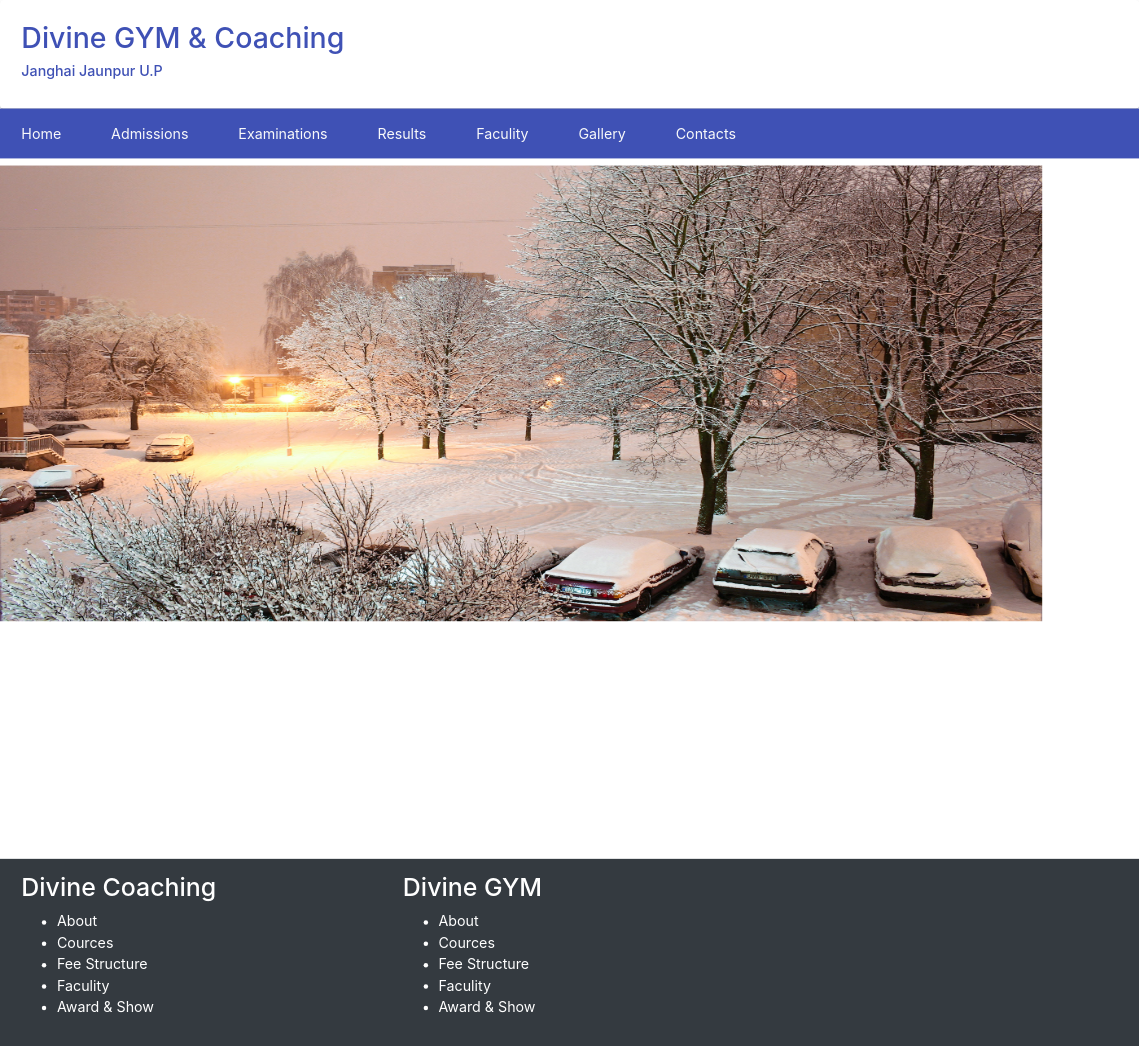
Repository: lalji-yadav/vikash-Coaching-frontend
Page: /gallery
The author's editor kept a copy of each file at every save. The page is drawn from the files as they stood at one save, then again after the next save.
The browser window is 1280 px wide. The pictures show the whole page, at 89% of full size.
The project was rebuilt for these pictures with package versions that can differ from the ones it lists, and the page was loaded fresh each time. Also part of the build but not shown: src/index.css, src/home/home.js, src/component/admission/admission.js, src/component/examination/examination.js, src/component/results/result.js, src/component/faculity/faculity.js.

Above is the page before, as saved 2021-04-11 12:48:41.

### public/index.html
<!DOCTYPE html>
<html lang="en">
  <head>
    <meta charset="utf-8" />
    <link rel="icon" href="%PUBLIC_URL%/favicon.ico" />
    <meta name="viewport" content="width=device-width, initial-scale=1" />
    <meta name="theme-color" content="#000000" />
    <meta
      name="description"
      content="Web site created using create-react-app"
    />


    <link rel="preconnect" href="https://fonts.gstatic.com">
    <link href="https://fonts.googleapis.com/css2?family=Open+Sans:wght@400;700&display=swap" rel="stylesheet">

    <link rel="apple-touch-icon" href="%PUBLIC_URL%/logo192.png" />
    <!--
      manifest.json provides metadata used when your web app is installed on a
      user's mobile device or desktop. See https://developers.google.com/web/fundamentals/web-app-manifest/
    -->
    <link rel="manifest" href="%PUBLIC_URL%/manifest.json" />


    <link rel="preconnect" href="https://fonts.gstatic.com">
<link href="https://fonts.googleapis.com/css2?family=Open+Sans&display=swap" rel="stylesheet">
    <!--
      Notice the use of %PUBLIC_URL% in the tags above.
      It will be replaced with the URL of the `public` folder during the build.
      Only files inside the `public` folder can be referenced from the HTML.

      Unlike "/favicon.ico" or "favicon.ico", "%PUBLIC_URL%/favicon.ico" will
      work correctly both with client-side routing and a non-root public URL.
      Learn how to configure a non-root public URL by running `npm run build`.
    -->
    <title>React App</title>
  </head>
  <body>
    <noscript>You need to enable JavaScript to run this app.</noscript>
    <div id="root"></div>
    <!--
      This HTML file is a template.
      If you open it directly in the browser, you will see an empty page.

      You can add webfonts, meta tags, or analytics to this file.
      The build step will place the bundled scripts into the <body> tag.

      To begin the development, run `npm start` or `yarn start`.
      To create a production bundle, use `npm run build` or `yarn build`.
    -->
  </body>
</html>

### src/App.js
import React from 'react';
import Header from "../src/header/header"
import { BrowserRouter } from 'react-router-dom';
import Footer from '../src/footer/footer'


function App() {
  return (
    <div style={{overflowX:"hidden"}}>

      <BrowserRouter>
          <Header />
      </BrowserRouter>


      {/* <Routers /> */}


      <Footer />

    </div>
  );
}

export default App;

### src/header/header.js
import React, { Component } from 'react';
import   "./headers.css"
import {Navbar, Nav } from 'react-bootstrap';
import { Card } from '@material-ui/core';
import { Link } from "react-router-dom";
import Routers from "../router/router"

class header extends Component {
    render() {
        return (
            <div>
                <Card className="py-4 pl-4">
                    <h2 style={{color:"#3f51b5"}}>Divine GYM & Coaching </h2>
                    <h6 style={{color:"#3f51b5"}}>Janghai Jaunpur U.P</h6>
                </Card>

                <Navbar style={{backgroundColor:"#3f51b5"}} variant="light" expand="lg">
                    <Navbar.Toggle aria-controls="basic-navbar-nav" />
                    <Navbar.Collapse id="basic-navbar-nav">
                    <Nav className="text-light">
                        <Nav.Link className="text-light pr-5" as={Link} to="/home">Home</Nav.Link>
                        <Nav.Link className="text-light pr-5" as={Link} to="/admission">Admissions</Nav.Link>
                        <Nav.Link className="text-light pr-5" as={Link} to="/examination">Examinations</Nav.Link>
                        <Nav.Link className="text-light pr-5" as={Link} to="/results">Results</Nav.Link>
                        <Nav.Link className="text-light pr-5" as={Link} to="/faculity">Faculity</Nav.Link>
                        <Nav.Link className="text-light pr-5" as={Link} to="/gallery">Gallery</Nav.Link>
                        <Nav.Link className="text-light pr-5" as={Link} to="/service">Contacts</Nav.Link>

                    </Nav>
                    </Navbar.Collapse>
                </Navbar>

                <Routers> </Routers>

            </div>
        );
    }
}

export default header;

### src/footer/footer.js
import React, { Component } from 'react';
// import { Card } from 'react-bootstrap';

class footer extends Component {
    render() {
        return (
              <div className="row bg-dark text-white mt-5 py-3 pl-4">

                  <div className="col-sm-4">
                  <h3> Divine Coaching </h3>
                  <ul>
                         <li> About </li>
                         <li> Cources </li>
                         <li> Fee Structure </li>
                         <li> Faculity </li>
                         <li> Award & Show </li>
                     </ul>
                  </div>

                  <div className="col-sm-4">
                  <h3> Divine GYM </h3>
                  <ul>
                         <li> About </li>
                         <li> Cources </li>
                         <li> Fee Structure </li>
                         <li> Faculity </li>
                         <li> Award & Show </li>
                     </ul>
                  </div>
              </div>
        );
    }
}

export default footer;

### src/header/headers.css
.header {
    color: black;
    font-size: 2vw;
    padding: 25px 10px 25px 10px;
    background-color: rgb(150, 153, 150);
}
.nav.navbar-nav.navbar-right li a {
    color: blue;
}
.nav-link {
    color: white;
  }
#nav-link {
   color: white;
}
a:hover {
    color: wheat;
}
@media (min-width: 992px) {
.navbar-expand-lg .navbar-nav .nav-link {
    padding-right: 5.5rem;
    padding-left: 5.5rem;
}
}

### src/router/router.js
import React, { Component } from 'react';
import {
    Switch,
    Route
  } from "react-router-dom";
  import Home from '../home/home'
  import Admission from "../component/admission/admission"
  import Examination from "../component/examination/examination"
  import Result from "../component/results/result"
  import Faculity from "../component/faculity/faculity"
import Gallery from '../component/gallery/gallery';

class router extends Component {
    render() {
        return (
            <div>
                   <Switch>
                    <Route exact path="/" component={Home} />
                    <Route exact path="/home" component={Home} />
                    <Route exact path="/admission" component={Admission} />
                    <Route exact path="/examination" component={Examination} />
                    <Route exact path="/results" component={Result} />
                    <Route exact path="/faculity" component={Faculity} />
                    <Route exact path="/gallery" component={Gallery} />
                    </Switch>

            </div>
        );
    }
}

export default router;

### src/component/gallery/gallery.js
// import { Height } from '@material-ui/icons';
import React, { Component } from 'react';

class gallery extends Component {
    render() {
        return (
            <div>
                <div className="row">
                    <div className="col-sm-11 mt-2">
                        <img style={{width:"100%", height:"70%"}}
                         src={process.env.PUBLIC_URL + '/image/gallery/Admin/0 (22) - Copy.jpg'} alt="" />
                    </div>
                    <div className="col-md-5">

                    </div>

                </div>
            </div>
        );
    }
}

export default gallery;

Loaded but not shown: src/index.js (common file); src/serviceWorker.js (common file)

After the next save:
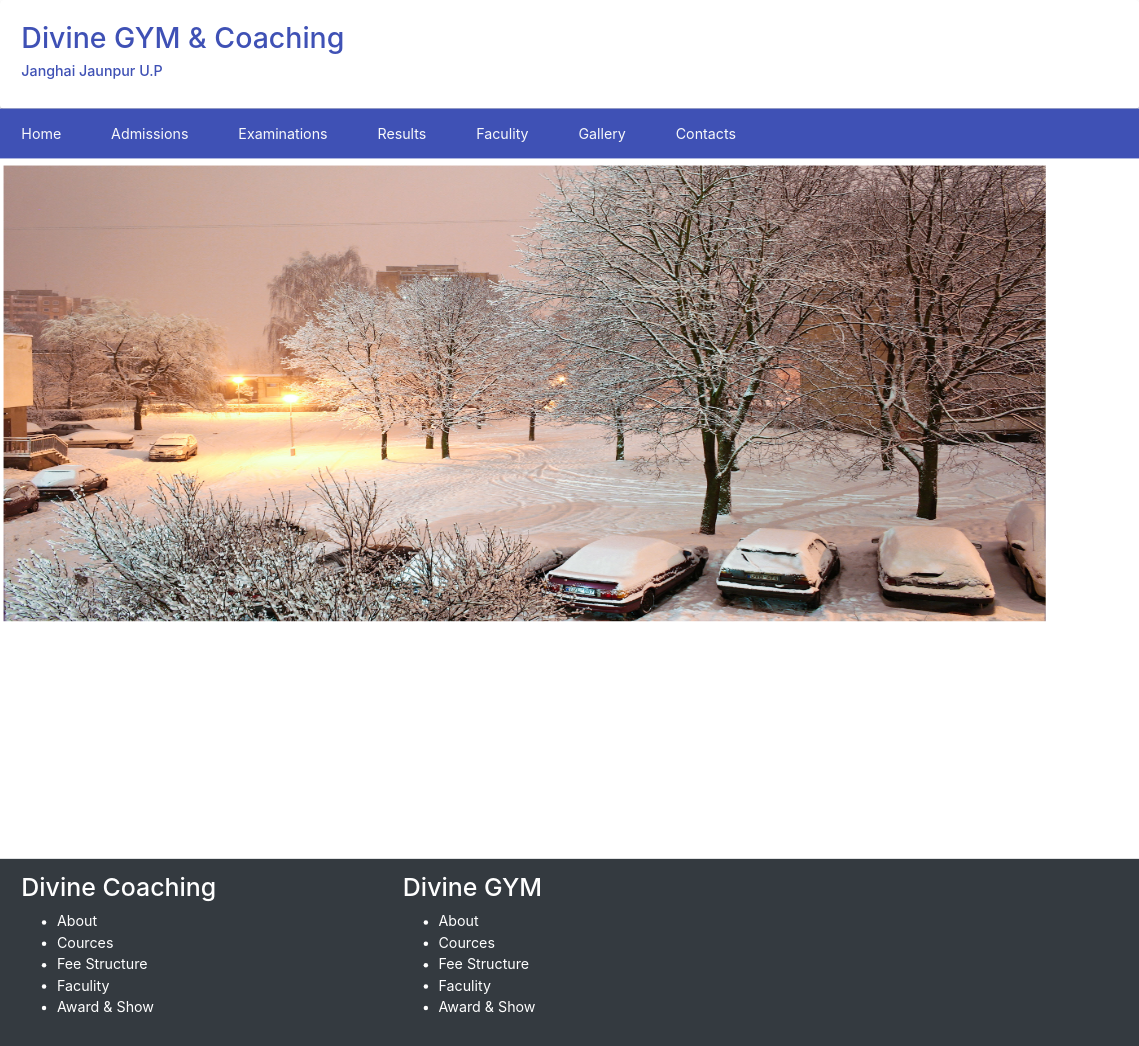
Saved 13 s later.
--- a/src/component/gallery/gallery.js
+++ b/src/component/gallery/gallery.js
@@ -6,7 +6,7 @@ class gallery extends Component {
         return (
             <div>
                 <div className="row">
-                    <div className="col-sm-11 mt-2">
+                    <div className="col-sm-11 ml-1 mt-2">
                         <img style={{width:"100%", height:"70%"}}
                          src={process.env.PUBLIC_URL + '/image/gallery/Admin/0 (22) - Copy.jpg'} alt="" />
                     </div>
